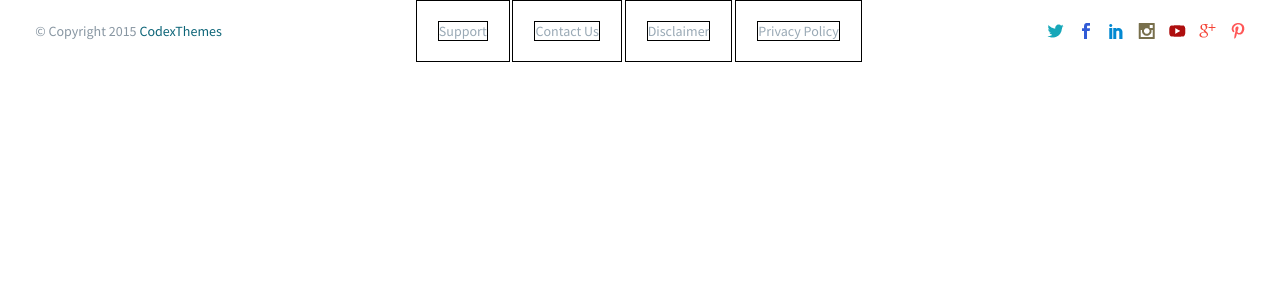
Repository: flylessbird/shop_cart
Page: html/footer.html
These files come from the project's save history. The page is drawn as it stood at one moment and after a run of saves; the edit follows.
The browser window is 1280 px wide. The pictures show the whole page.
The style sheet was rebuilt from its Sass, Less or Tailwind sources for each picture, by a compiler version that may differ from the author's.

Above is the page before, as saved 2022-05-10 15:39:38.

### html/footer.html
<!DOCTYPE html>
<html lang="en">
  <head>
    <meta charset="UTF-8" />
    <meta http-equiv="X-UA-Compatible" content="IE=edge" />
    <meta name="viewport" content="width=device-width, initial-scale=1.0" />
    <title>Document</title>
    <link
      href="https://fonts.googleapis.com/css2?family=Montserrat:wght@200;700&family=Source+Sans+Pro:wght@300;400&display=swap"
      rel="stylesheet"
    />
    <link rel="stylesheet" href="/css/footer.css" />
  </head>
  <body>
    <footer class="ft">
      <div class="text">
        <span class="copy">&copy; Copyright 2015</span>
        <span class="theme">CodexThemes</span>
      </div>
      <ul class="ft_option">
        <li><a href="#">support</a></li>
        <li><a href="#">contact us</a></li>
        <li><a href="#">disclaimer</a></li>
        <li><a href="#">privacy policy</a></li>
      </ul>
      <img src="/img/social.png" alt="" />
    </footer>
  </body>
</html>

### css/footer.scss
@import "reset";
@import "var";
@import "mixin";
.ft {
  display: flex;
  font-size: 14px;
  justify-content: center;
align-items: center;
  .text {
    .copy {
      color: $grey_copy;
    }
    .theme {
      color: $blue_theme;
    }
  }
  .ft_option {
    margin-left: 194px;
    li {
      padding: 21px;
      border: 1px solid #000;
      list-style-type: none;
      display: inline-block;
      &:not(:nth-child(4)) {
        // border-right: 1px solid $grey_ava;
      }
      a {
        color: $grey_ava;
        border: 1px solid #000;
        text-decoration: none;
      }
    }
  }
  img {
    margin-left: 185px;
  }
}

### css/_reset.scss
* {
  box-sizing: border-box;
  margin: 0;
  padding: 0;
}
body {
  text-transform: capitalize;
  font-size: 16px;
  font-family: "Source Sans Pro", sans-serif;
}
h2 {
  font-family: "Montserrat", sans-serif;
  font-weight: 200;
  font-size: 36px;
  text-transform: uppercase;
  margin-bottom: 55px;
}

### css/_var.scss
$blue: #00bcd4;
$blue_theme: #0d6578;
$grey_nav: #3c3950;
$grey_bd: #dfe5e8;
$grey_bg_total: #f0f3f2;
$grey_text_total: #72838e;
// $grey_input_total: #b6c6c9;
$grey_input_ship: #adbac4;
$grey_card_text: #b4bdc3;
$grey_radio: #b6c6c9;
$grey_square: #f0f3f2;
$grey_ava: #99a9b5;
$grey_copy: #8896a2;
$white: white;
$black: #393d50;
$red: red;
$grey_info: #cfd7dc;
$grey_price: #cbcad0;
$grey_item: #afb9be;
$grey_bg_input: #f5f7f6;
$blue_hover: #3498db;

### css/_mixin.scss
@mixin circle($s) {
  width: $s;
  height: $s;
  border-radius: 50%;
}

After the next 2 saves:
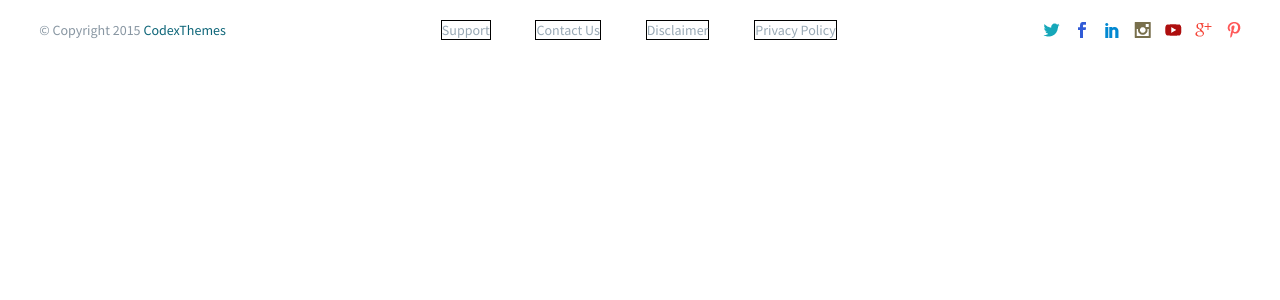
The 2 saves are shown as one change because they came seconds apart.
The last was saved 62 s later.
--- a/css/footer.scss
+++ b/css/footer.scss
@@ -5,7 +5,7 @@
   display: flex;
   font-size: 14px;
   justify-content: center;
-align-items: center;
+  align-items: center;
   .text {
     .copy {
       color: $grey_copy;
@@ -18,7 +18,7 @@ align-items: center;
     margin-left: 194px;
     li {
       padding: 21px;
-      border: 1px solid #000;
+    //   border: 1px solid #000;
       list-style-type: none;
       display: inline-block;
       &:not(:nth-child(4)) {
